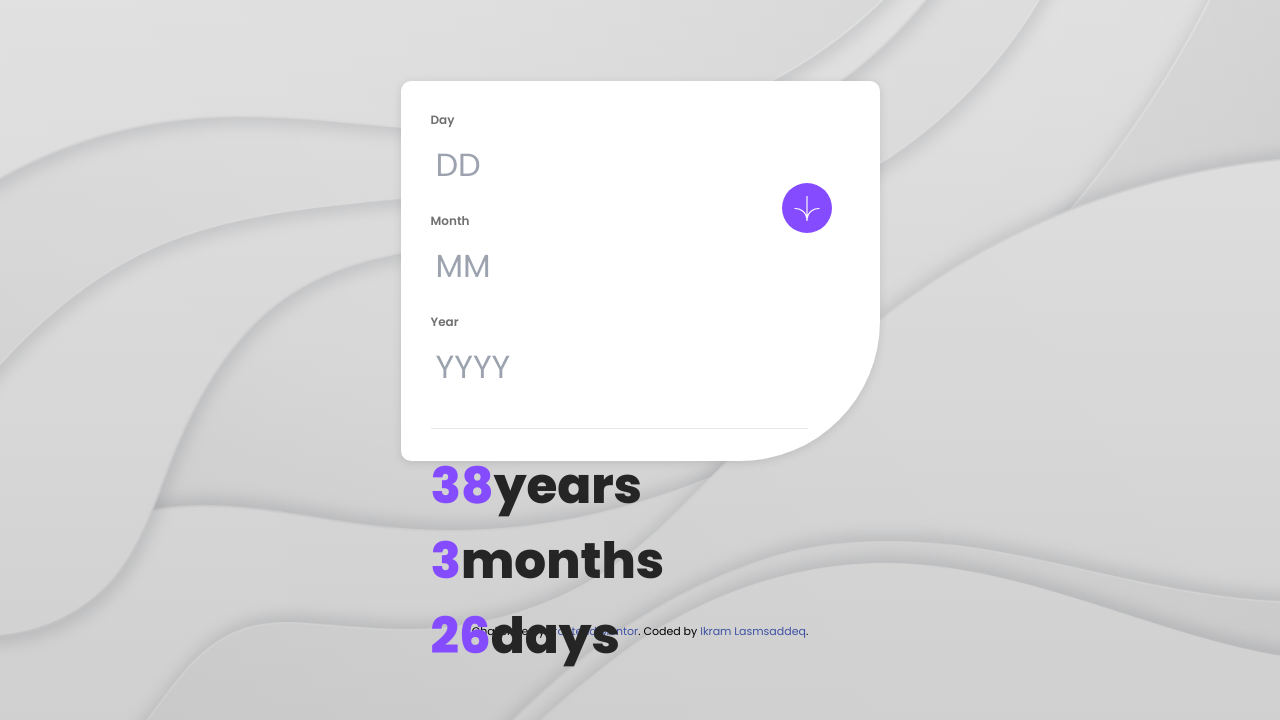
Repository: ikram-lisa/age-display
Page: /
These files come from the project's save history. The page is drawn as it stood at one moment and after the next save; the edit follows.
The browser window is 1280 px wide. The pictures show the whole page.
Some web libraries are served in a nearby version. The project was rebuilt for these pictures with package versions that can differ from the ones it lists, and the page was loaded fresh each time.

Above is the page before, as saved 2024-05-01 00:43:29.

### index.html
<!DOCTYPE html>
<html lang="en">
  <head>
    <meta charset="UTF-8" />
    <meta name="viewport" content="width=device-width, initial-scale=1.0" />
    <!-- displays site properly based on user's device -->
    <link href="https://cdn.tailwindcss.com" rel="stylesheet" />
    <link rel="stylesheet" href="./css/style.scss" />
    <link
      rel="icon"
      type="image/png"
      sizes="32x32"
      href="./assets/images/favicon-32x32.png"
    />

    <title>Frontend Mentor | Age calculator app</title>
    <style>
      .attribution {
        font-size: 11px;
        text-align: center;
      }
      .attribution a {
        color: hsl(228, 45%, 44%);
      }
    </style>
  </head>
  <!-- <script type="module" src="js/script.js"></script> -->
  <body>
    <section class="calculator">
      <header>
        <form class="form" action="">
          <div class="formInput active error">
            <label for="day">Day</label>
            <input
              type="text"
              class="day"
              id="day"
              type="number"
              placeholder="DD"
              required
              minlength="4"
              maxlength="8"
              size="10"
            />
          </div>

          <div class="formInput active error">
            <label for="month">Month</label>
            <input
              type="text"
              class="month"
              id="month"
              type="number"
              placeholder="MM"
              required
              minlength="4"
              maxlength="8"
              size="10"
            />
          </div>

          <div class="formInput active error">
            <label for="year">Year</label>
            <input
              type="text"
              class="year"
              id="year"
              type="number"
              placeholder="YYYY"
              required
              minlength="4"
              maxlength="8"
              size="10"
            />
          </div>
        </form>
      </header>

      <button class="submit">
        <img src="./assets/images/icon-arrow.svg" alt="submit" />
      </button>

      <hr class="separator" />
      <div class="result">
        <p class="years"><span>38</span>years</p>
        <p class="month"><span>3</span>months</p>
        <p class="days"><span>26</span>days</p>
      </div>
    </section>
    <footer>
      <div class="attribution">
        Challenge by
        <a href="https://www.frontendmentor.io?ref=challenge" target="_blank"
          >Frontend Mentor</a
        >. Coded by <a href="#">Ikram Lasmsaddeq</a>.
      </div>
    </footer>
  </body>
</html>

### css/style.scss
@use "./base/variable" as *;
@use "./base/font.scss" as *;

@tailwind base;
@tailwind components;
@tailwind utilities;

* {
  margin: 0;
  padding: 0;
  box-sizing: border-box;
}
body {
  height: 100vh;
  background: linear-gradient(
      rgba(196, 196, 196, 0.5),
      rgba(161, 161, 161, 0.5)
    ),
    url("../images/background.jpg");
  background-size: cover;
  background-position: center;
  background-repeat: no-repeat;
  font-size: 32px;
  font-family: "Poppins", sans-serif;
  display: grid;
  place-items: center;
}
.calculator {
  width: 35%;
  min-width: 479px;
  height: 380px;
  background-color: white;
  border-radius: 10px 10px 140px 10px;
  box-shadow: rgba(99, 99, 99, 0.2) 0px 2px 8px 0px;
  position: relative;
  display: flex;
  flex-direction: column;
  padding: 30px;
  .form {
    display: flex;
    flex-wrap: wrap;
    margin-bottom: 30px;
    gap: 16px;
    .formInput {
      display: flex;
      flex-direction: column;

      label {
        font-size: 12px;
        font-weight: 600;
        margin-bottom: 5px;
        color: $smokeyGrey;
      }
      input[type="text"] {
        border: 1 solid rgb(217, 217, 217);
        padding: 7px 5px;
        outline: none;
      }
    }
  }
  .submit {
    width: 50px;
    height: 50px;
    border-radius: 50%;
    display: flex;
    justify-content: center;
    align-items: center;
    background-color: $purple;
    color: white;
    border: none;
    padding: 10px;
    position: absolute;
    top: 27%;
    right: 10%;
    cursor: pointer;
    transition: all 0.3s;

    &:hover {
      background-color: darken($purple, 10%);
    }
    img {
      width: 25px;
      height: 25px;
      display: block;
      min-width: 30px;
    }
  }

  .separator {
    width: 90%;
    height: 1px;
    background-color: rgb(209, 209, 209);
  }
  .result {
    margin-top: 20px;
    .years,
    .month,
    .days {
      font-size: 50px;
      color: #252525;
      font-weight: 800;
      span {
        color: $purple;
      }
    }
  }
}

@media (max-width: 375px) {
}
@media (max-width: 768px) {
}
@media (max-width: 1440px) {
}

### css/base/_variable.scss
// Primary

$purple: hsl(259, 100%, 65%);
$lightRed: hsl(0, 100%, 67%);

// Neutral

$white: hsl(0, 0%, 100%);
$offWhite: hsl(0, 0%, 94%);
$lightGrey: hsl(0, 0%, 86%);
$smokeyGrey: hsl(0, 1%, 44%);
$offBlack: hsl(0, 0%, 8%);

### css/base/_font.scss
@import url("https://fonts.googleapis.com/css2?family=Montserrat:ital,wght@0,100..900;1,100..900&family=Open+Sans:ital,wght@0,400;0,600;0,700;0,800;1,400;1,700;1,800&family=Poppins:ital,wght@0,200;0,300;0,400;0,500;0,600;0,700;0,800;0,900;1,100;1,200;1,300;1,400;1,500;1,600;1,700;1,800;1,900&display=swap");

Loaded but not shown: tailwind.config.js (1075 lines, source omitted)

After the next save:
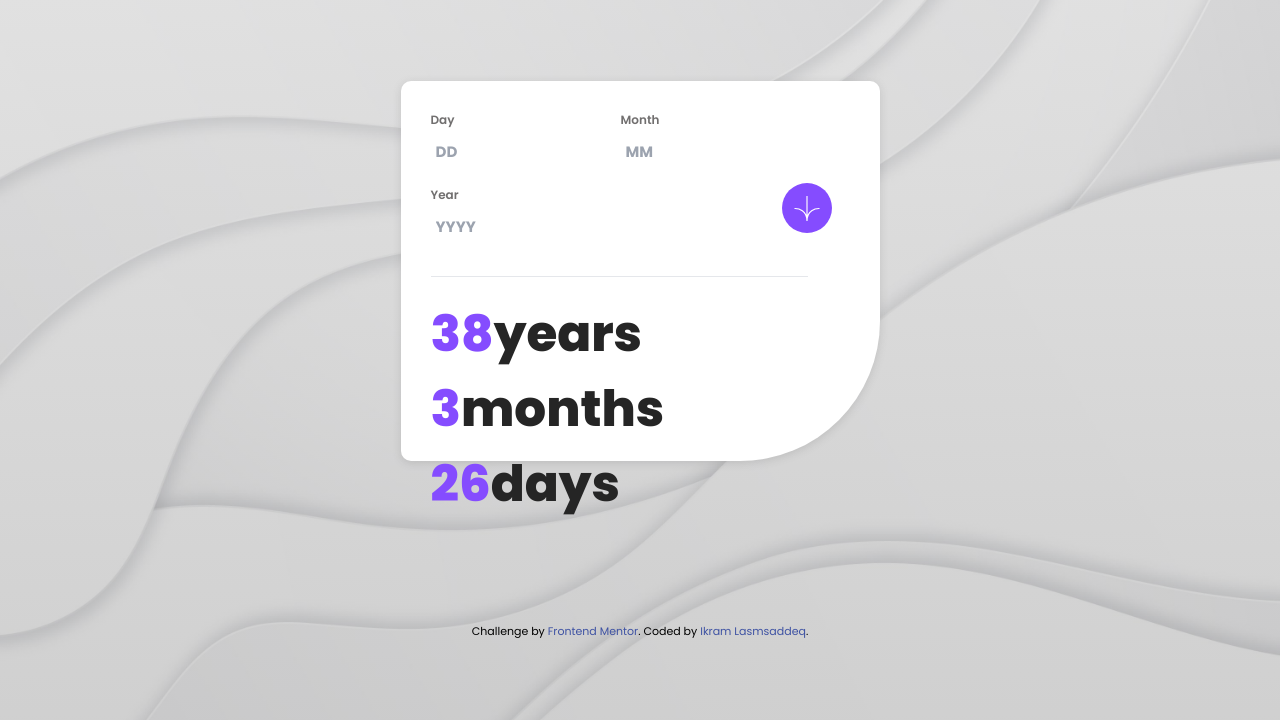
Saved 2 min 9 s later.
--- a/css/style.scss
+++ b/css/style.scss
@@ -55,6 +55,8 @@ body {
         border: 1 solid rgb(217, 217, 217);
         padding: 7px 5px;
         outline: none;
+        font-weight: bold;
+        font-size: 15px;
       }
     }
   }
